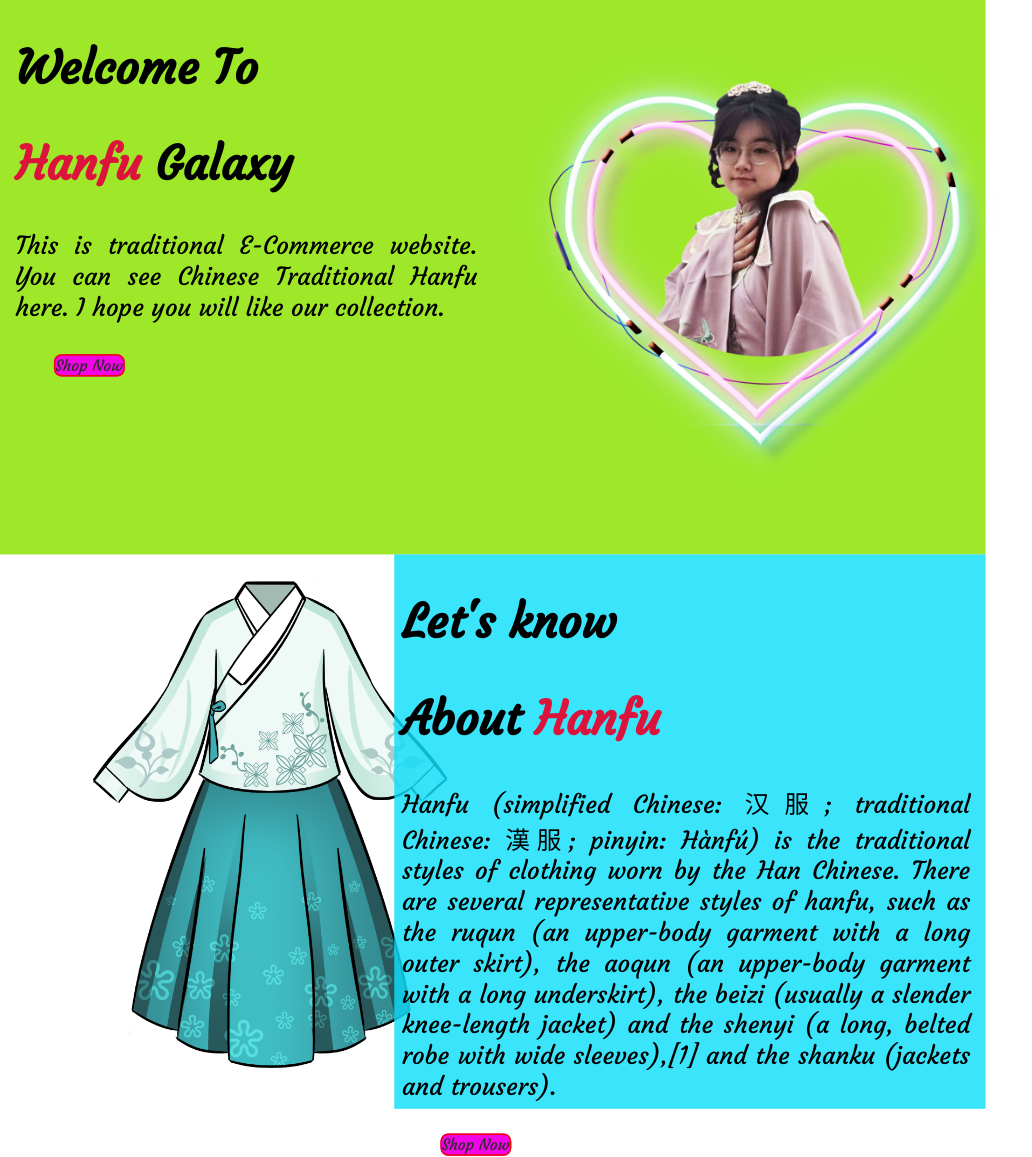
Repository: ramizraaz/E-Commerce
Page: index.html
An editor plug-in stored every save of this project. The page is shown before and after the next save, followed by the edit.
The browser window is 1280 px wide. The page is 1340 px wide, so the pictures cover 1340 px, including what lies to the right of the window. The pictures show the whole page, at 77% of full size.

Above is the page before, as saved 2022-02-06 21:39:11.

### index.html
<!DOCTYPE html>
<html lang="en">

<head>
    <meta charset="UTF-8">
    <meta http-equiv="X-UA-Compatible" content="IE=edge">
    <meta name="viewport" content="width=device-width, initial-scale=1.0">
    <title>Document</title>
    <link rel="stylesheet" href="main.css">
</head>

<body>
    <section class="top">
        <div class="container">
            <h1>Welcome To </h1>
            <h1><span> Hanfu </span>Galaxy</h1>
            <p>This is traditional E-Commerce website. You can see Chinese Traditional Hanfu here. I hope you will like our collection.
            </p>
            <a href="index.html">Shop Now</a>
        </div>
        <div class="container">
            <img src="images/bg-1.png" alt="showart">
        </div>
    </section>
    <section class="mid">
        <div class="mid-img">
            <img src="images/bg-2.png" alt="showart">
        </div>
        <div class="mid-con">
            <h1>Let's know </h1>
            <h1>About<span> Hanfu </span></h1>
            <p>Hanfu (simplified Chinese: 汉服; traditional Chinese: 漢服; pinyin: Hànfú) is the traditional styles of clothing worn by the Han Chinese. There are several representative styles of hanfu, such as the ruqun (an upper-body garment with a long outer
                skirt), the aoqun (an upper-body garment with a long underskirt), the beizi (usually a slender knee-length jacket) and the shenyi (a long, belted robe with wide sleeves),[1] and the shanku (jackets and trousers).
            </p>
            <a href="index.html">Shop Now</a>
        </div>
    </section>
</body>

</html>

### main.css
@import url('https://fonts.googleapis.com/css2?family=Courgette&display=swap');
body {
    font-family: 'Courgette', cursive;
    margin: 0;
    font-size: 2rem;
}

h1 {
    font-size: 60px;
}

p {
    text-align: justify;
}

span {
    color: crimson;
}

img {
    width: 700px;
}

a {
    text-decoration: none;
    border: 2px solid #f10404;
    border-radius: 10px;
    font-size: 20px;
    margin-left: 50px;
    background-color: #f104e6;
    color: rgb(44, 44, 41);
}

.top {
    display: flex;
    background-color: #93e60fe3;
    height: 100vh;
}

.container {
    width: 50%;
    padding-left: 20px;
}

.mid {
    display: flex;
    height: 100vh;
}

.mid-img {
    width: 40%;
}

.mid-con {
    width: 60%;
    padding: 0px 20px 0px 10px;
    background-color: rgba(16, 223, 250, 0.822);
}

After the next save:
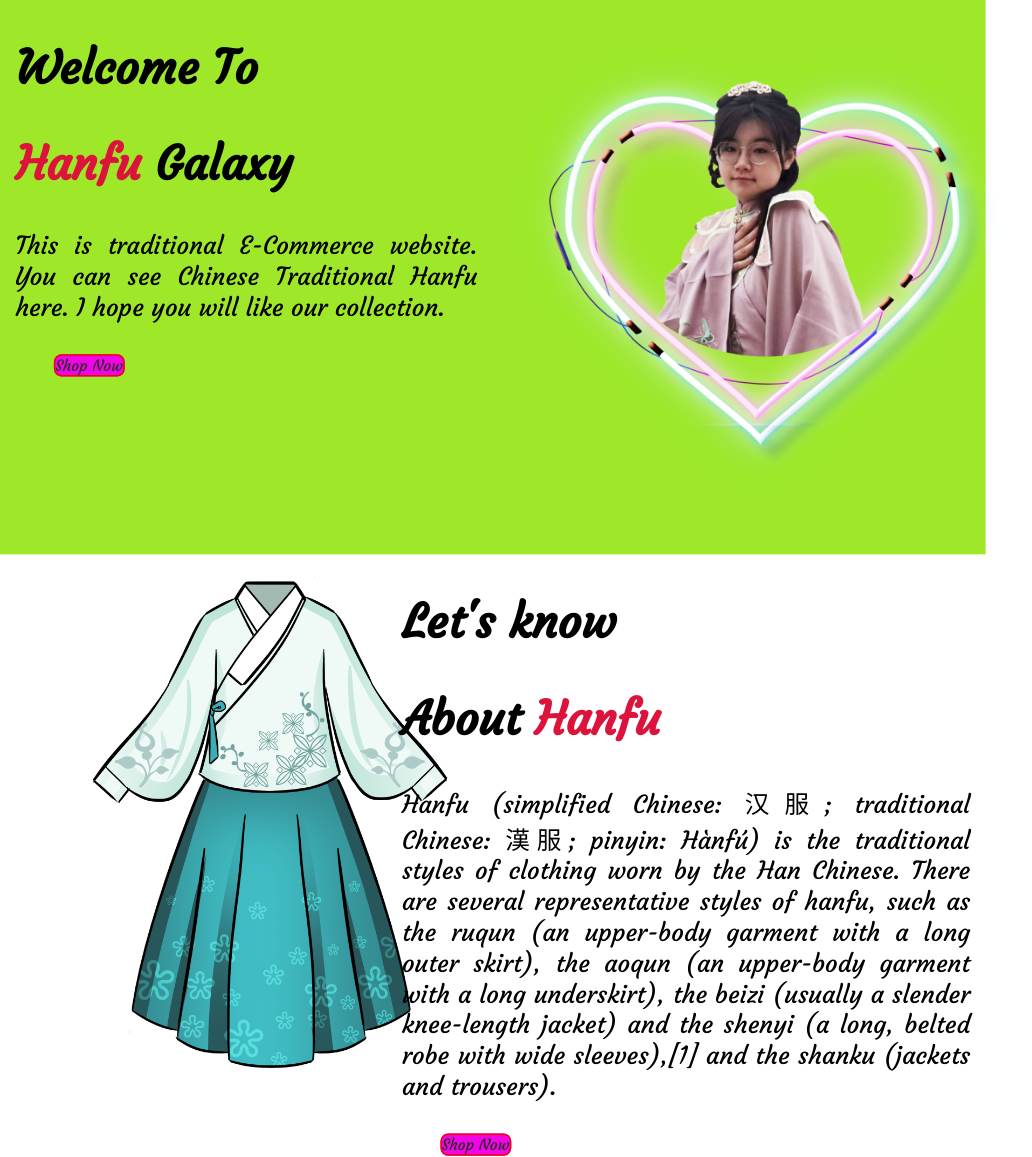
Saved 101 s later.
--- a/main.css
+++ b/main.css
@@ -54,5 +54,5 @@ a {
 .mid-con {
     width: 60%;
     padding: 0px 20px 0px 10px;
-    background-color: rgba(16, 223, 250, 0.822);
+    background: linear-gradient();
 }
